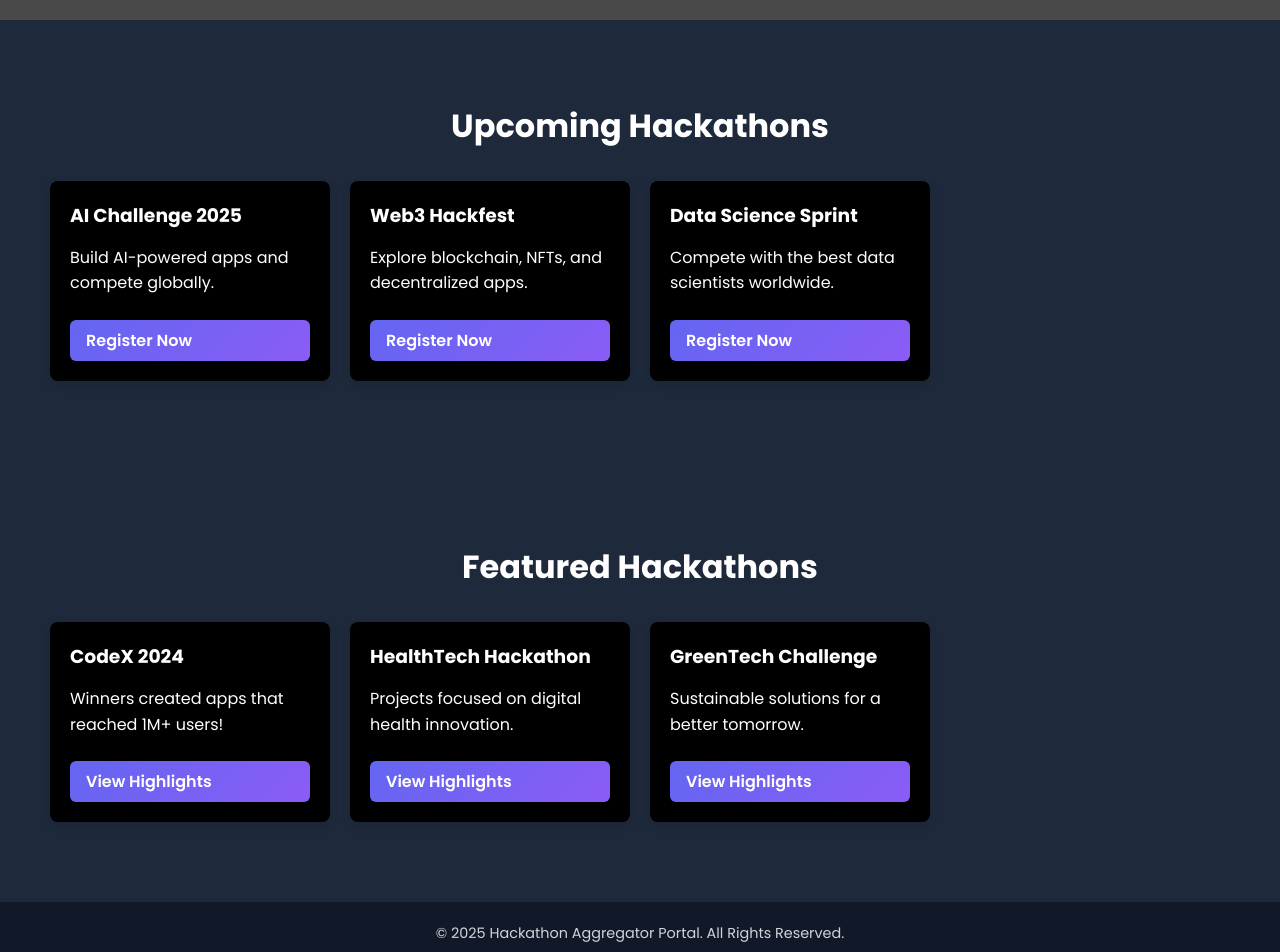
Repository: masihuddin-tech/Hackathon-Project
Page: index.html
An editor plug-in stored every save of this project. The page is shown before and after the next save, followed by the edit.
The browser window is 1280 px wide. The pictures show the part of the page from y = 700 to 1652 px (the page is 1845 px tall before and 2245 px after).
Pictures or frames that could not be fetched are drawn as grey boxes. Backgrounds fixed to the window are drawn as part of the page.

Above is the page before, as saved 2025-09-04 10:43:28.
Not found: app.js

### index.html
<!DOCTYPE html>
<html lang="en">
<head>
  <meta charset="UTF-8" />
  <meta name="viewport" content="width=device-width, initial-scale=1.0" />
  <title>Hackathon Aggregator Portal</title>
  <link rel="stylesheet" href="style.css" />
  <link href="https://fonts.googleapis.com/css2?family=Poppins:wght@400;600;700&display=swap" rel="stylesheet" />
</head>
<body>

  <!-- Navbar -->
<header class="navbar">
  <div class="logo">HackPortal</div>
  <nav>
    <div class="nav-links">
      <a href="#current">Current Hackathons</a>
      <a href="#past">Featured Hackathons</a>
    </div>
    <div class="nav-buttons">
      <a href="login.html" id="login-btn" class="login-btn">Log In</a>
      <a href="signup.html" id="signup-btn" class="signup-btn">Sign Up</a>
    </div>
  </nav>

</header>

  <!-- Hero Section with Parallax -->
  <section class="hero">
    <div class="hero-content">
      <h1>Discover Your Next Big Coding Challenge</h1>
      <p>Join exciting hackathons, build innovative projects, and connect with the coding community.</p>
      <a href="#current" class="btn-secondary">Explore Hackathons</a>
    </div>
  </section>

  <!-- Current Hackathons -->
<section id="current" class="hackathons-section">
  <h2>Upcoming Hackathons</h2>
  <div class="hackathon-grid" id="current-hackathons">
    <!-- Dummy Cards -->
    <div class="card">
      <h3>AI Challenge 2025</h3>
      <p>Build AI-powered apps and compete globally.</p>
      <a href="#">Register Now</a>
    </div>
    <div class="card">
      <h3>Web3 Hackfest</h3>
      <p>Explore blockchain, NFTs, and decentralized apps.</p>
      <a href="#">Register Now</a>
    </div>
    <div class="card">
      <h3>Data Science Sprint</h3>
      <p>Compete with the best data scientists worldwide.</p>
      <a href="#">Register Now</a>
    </div>
  </div>
</section>

<!-- Past Hackathons -->
<section id="past" class="hackathons-section">
  <h2>Featured Hackathons</h2>
  <div class="hackathon-grid" id="past-hackathons">
    <!-- Dummy Cards -->
    <div class="card">
      <h3>CodeX 2024</h3>
      <p>Winners created apps that reached 1M+ users!</p>
      <a href="#">View Highlights</a>
    </div>
    <div class="card">
      <h3>HealthTech Hackathon</h3>
      <p>Projects focused on digital health innovation.</p>
      <a href="#">View Highlights</a>
    </div>
    <div class="card">
      <h3>GreenTech Challenge</h3>
      <p>Sustainable solutions for a better tomorrow.</p>
      <a href="#">View Highlights</a>
    </div>
  </div>
</section>


  <!-- Footer -->
  <footer>
    <p>© 2025 Hackathon Aggregator Portal. All Rights Reserved.</p>
  </footer>

  <!-- Login Modal -->
  <div class="modal hidden" id="login-modal">
    <div class="modal-content">
      <span class="close" id="login-close">&times;</span>
      <h2>Login</h2>
      <input type="email" id="login-email" placeholder="Email" />
      <input type="password" id="login-password" placeholder="Password" />
      <button id="login-submit">Login</button>
    </div>
  </div>

  <!-- Signup Modal -->
  <div class="modal hidden" id="signup-modal">
    <div class="modal-content">
      <span class="close" id="signup-close">&times;</span>
      <h2>Sign Up</h2>
      <input type="email" id="signup-email" placeholder="Email" />
      <input type="password" id="signup-password" placeholder="Password" />
      <button id="signup-submit">Sign Up</button>
    </div>
  </div>

  <script src="app.js" type="module"></script>
</body>
</html>

### style.css
/* Reset */
* {
  margin: 0;
  padding: 0;
  box-sizing: border-box;
}

html {
  scroll-behavior: smooth;
}

body {
  font-family: 'Poppins', sans-serif;
  background: #0f172a; /* dark base */
  color: #f1f5f9;
  line-height: 1.6;
}

/* Navbar */
.navbar {
  position: fixed;
  top: 0;
  left: 0;
  width: 100%;
  background: rgba(17, 17, 17, 0.85);
  backdrop-filter: blur(10px);
  color: white;
  display: flex;
  align-items: center;
  justify-content: space-between;
  padding: 15px 50px;
  z-index: 1000;
}

/* Logo left aligned */
.navbar .logo {
  font-size: 2rem;
  font-weight: 700;
  color: white;
  flex: 0 0 auto;
}

/* Nav container */
.navbar nav {
  flex: 1 1 auto;
  display: flex;
  justify-content: center;
  align-items: center;
  gap: 40px;
  position: relative;
}

/* Nav links center */
.navbar nav .nav-links {
  display: flex;
  gap: 30px;
  margin-left: -200px; /* slight left shift */
}

/* Login / Signup right */
.navbar nav .nav-buttons {
  position: absolute;
  right: -30px;
  top: 50%;
  transform: translateY(-50%);
  display: flex;
  gap: 10px;
}

/* General nav link style */
.navbar nav a {
  padding: 8px 18px;
  border: 2px solid white;
  border-radius: 30px;
  color: white;
  text-decoration: none;
  font-weight: 600;
  transition: all 0.3s ease;
  cursor: pointer;
  white-space: nowrap;
}

/* Hover effect */
.navbar nav a:hover {
  background: linear-gradient(135deg, #6366f1, #8b5cf6);
  border-color: transparent;
  box-shadow: 0 0 12px rgba(139, 92, 246, 0.7);
}

/* Login button */
#login-btn, #signup-btn {
  border: none;
  background: linear-gradient(135deg, #6366f1, #8b5cf6);
  color: white;
  border-radius: 30px;
  padding: 8px 18px;
  font-weight: 600;
  transition: all 0.3s ease;
}

#login-btn:hover, #signup-btn:hover {
  background: linear-gradient(135deg, #8b5cf6, #6366f1);
  box-shadow: 0 0 15px rgba(99, 102, 241, 0.8);
  transform: scale(1.05);
}

/* Responsive */
@media (max-width: 768px) {
  .navbar {
    flex-wrap: wrap;
    padding: 10px 20px;
  }
  .navbar nav {
    flex-basis: 100%;
    justify-content: center;
    margin: 10px 0;
    position: static;
  }
  .navbar nav .nav-buttons {
    position: static;
    margin-top: 10px;
    justify-content: center;
    width: 100%;
  }
}

/* Hero Section */
.hero {
  background: linear-gradient(
      rgba(17, 17, 17, 0.6),
      rgba(17, 17, 17, 0.6)
    ),
    url('https://images.unsplash.com/photo-1555066931-4365d14bab8c?fit=crop&w=1600&q=80') center/cover fixed;
  height: 100vh;
  display: flex;
  align-items: center;
  justify-content: center;
  text-align: center;
  color: white;
  position: relative;
}

.hero h1 {
  font-size: 3.5rem;
  font-weight: 800;
  margin-bottom: 15px;
}

.hero p {
  font-size: 1.3rem;
  margin-bottom: 30px;
  color: #e5e7eb;
}

/* Hero Button */
.btn-secondary {
  padding: 12px 30px;
  border-radius: 8px;
  font-size: 1.1rem;
  font-weight: 600;
  background: linear-gradient(135deg, #6366f1, #8b5cf6);
  color: white;
  text-decoration: none;
  display: inline-block;
  transition: all 0.3s ease;
}

.btn-secondary:hover {
  background: linear-gradient(135deg, #8b5cf6, #6366f1);
  box-shadow: 0 0 18px rgba(139, 92, 246, 0.8);
}

/* Hackathon Cards */
.hackathons-section {
  padding: 80px 50px;
  background: #1e293b;
  color: white;
}

.hackathons-section h2 {
  text-align: center;
  font-size: 2rem;
  margin-bottom: 30px;
}

.hackathon-grid {
  display: grid;
  grid-template-columns: repeat(auto-fill, minmax(280px, 1fr));
  gap: 20px;
}

.card {
  background: rgb(0, 0, 0);
  border-radius: 8px;
  padding: 20px;
  box-shadow: 0 4px 8px rgba(0,0,0,0.1);
  transition: transform 0.3s, box-shadow 0.3s;
  min-height: 200px;  /* 🔥 Add this to increase card length */
  display: flex;
  flex-direction: column;
  justify-content: space-between; /* keeps button at bottom */
}

.card:hover {
  transform: translateY(-6px) scale(1.02);
  box-shadow: 0 12px 24px rgba(0,0,0,0.3);
}

.card a {
  display: inline-block;
  margin-top: 10px;
  padding: 8px 16px;
  background: linear-gradient(135deg, #6366f1, #8b5cf6);   /* 🔵 rich blue background */
  color: white;
  font-weight: 600;
  border-radius: 6px;
  text-decoration: none;
  transition: background 0.3s ease, transform 0.2s ease;
}

.card a:hover {
  background: linear-gradient(135deg, #6366f1, #8b5cf6);   /* darker blue on hover */
  transform: scale(1.05); /* slight zoom effect */
}



/* Footer */
footer {
  background: #111827;
  color: #d1d5db;
  padding: 20px;
  text-align: center;
  font-size: 0.9rem;
}

After the next save:
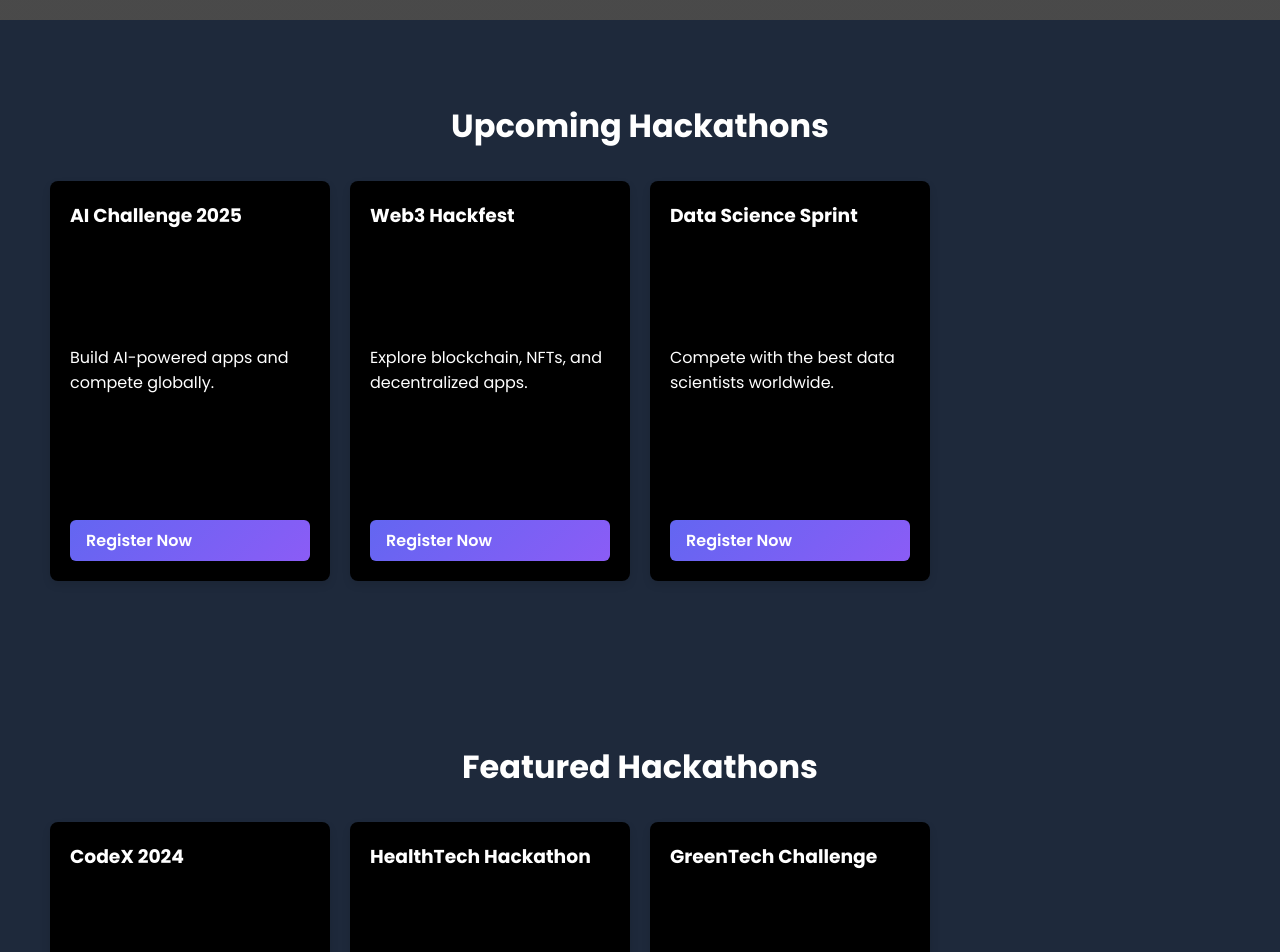
Saved 5 s later.
--- a/style.css
+++ b/style.css
@@ -195,7 +195,7 @@ body {
   padding: 20px;
   box-shadow: 0 4px 8px rgba(0,0,0,0.1);
   transition: transform 0.3s, box-shadow 0.3s;
-  min-height: 200px;  /* 🔥 Add this to increase card length */
+  min-height: 400px;  /* 🔥 Add this to increase card length */
   display: flex;
   flex-direction: column;
   justify-content: space-between; /* keeps button at bottom */
